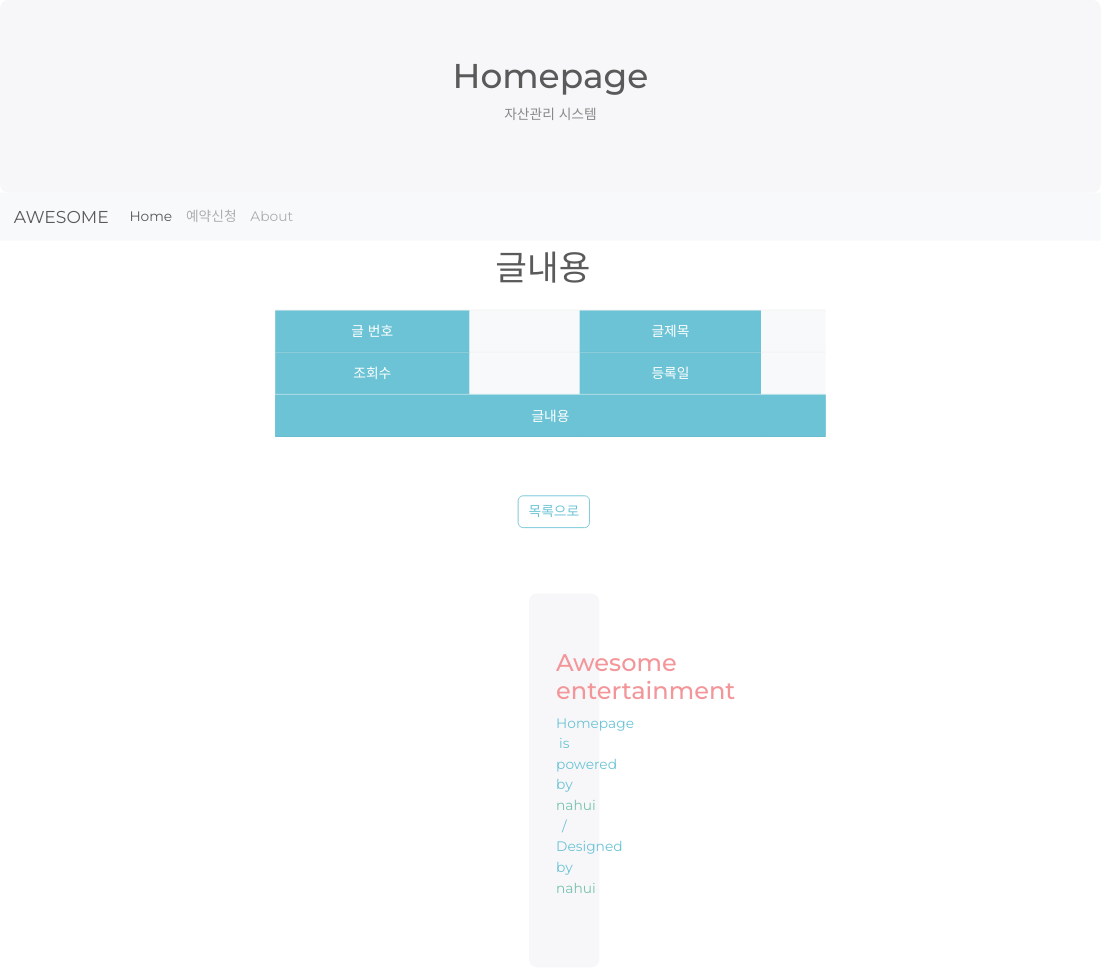
Repository: Nahui068/project1
Page: http://localhost/project1/WEB-INF/views/content.jsp
These files come from the project's save history. The page is drawn as it stood at one moment and after the next save; the edit follows.
The browser window is 1280 px wide. The pictures show the whole page, at 86% of full size.
The page is served by Tomcat 9. Nobody is signed in. Other server files are loaded and not shown. The template is opened directly, without the code that normally fills it, so the values that code supplies are empty.

Above is the page before, as saved 2021-01-07 02:46:37.

### project1/src/main/webapp/WEB-INF/views/content.jsp
<%@ page language="java" contentType="text/html; charset=UTF-8"
    pageEncoding="UTF-8"%>
<%@ taglib prefix="c" uri="http://java.sun.com/jsp/jstl/core" %>
<%@ taglib prefix="fmt" uri="http://java.sun.com/jsp/jstl/fmt" %>
<%@ include file="/WEB-INF/views/include/header.jsp" %>

<!DOCTYPE html>
<html>
<head>
<meta charset="UTF-8">
<title>게시글 내용</title>
</head>


<body>
	<h1 style="position:absolute; top:40%; left:45%;">글내용</h1>
	<table class="table table-hover" style="text-align:center; position:absolute; top:50%; left:25%; width:50%;">
		<tr>
			<td class="table-info">글 번호</td><td class="table-light" style="width:20%;">${content.num}</td>
			<td class="table-info">글제목</td><td class="table-light">${content.title}</td>
		</tr>
		<tr>
			<td class="table-info">조회수</td><td class="table-light">${content.readcount}</td>
			<td class="table-info">등록일</td>
			<fmt:formatDate var="dateTempParse" pattern="yyyy-MM-dd" value="${content.reg}"/>
			<td class="table-light"><c:out value="${dateTempParse}"></c:out></td>
		</tr>
		<tr class="table-info">
			<td colspan="4">글내용</td>
		</tr>
		<tr>
			<td colspan="4">${content.content}</td>
		</tr>
	</table>
	<button type="button" class="btn btn-outline-info" style="position:absolute; top:80%; left:47%;"onClick="location.href='/project1/board_select'">목록으로

	<%@ include file="/WEB-INF/views/include/footer.jsp" %>
</body>
</html>

### project1/src/main/webapp/WEB-INF/views/include/header.jsp
<%@ page language="java" contentType="text/html; charset=UTF-8"
    pageEncoding="UTF-8"%>
<%@ taglib prefix="c" uri="http://java.sun.com/jsp/jstl/core" %>

<!DOCTYPE html>
<html>
<head>
	<meta charset="UTF-8">
	<meta name="viewport" content="width=device-width, initial-scale=1">

	<!-- JS -->
	<script src="https://ajax.googleapis.com/ajax/libs/jquery/3.3.1/jquery.min.js"></script>
	<script src="https://cdnjs.cloudflare.com/ajax/libs/popper.js/1.14.3/umd/popper.min.js"></script>
	<script src="https://maxcdn.bootstrapcdn.com/bootstrap/4.1.3/js/bootstrap.min.js"></script>


</head>
<body>
	<div class="jumbotron text-center mb-0">
		<h1>Homepage</h1> <p>자산관리 시스템</p>
	</div>
	<nav class="navbar navbar-expand-lg navbar-light bg-light">
  <a class="navbar-brand" href="/project1/board_select">AWESOME</a>
  <button class="navbar-toggler" type="button" data-toggle="collapse" data-target="#navbarColor03" aria-controls="navbarColor03" aria-expanded="false" aria-label="Toggle navigation">
    <span class="navbar-toggler-icon"></span>
  </button>

  <div class="collapse navbar-collapse" id="navbarColor03">
    <ul class="navbar-nav mr-auto">
      <li class="nav-item active">
        <a class="nav-link" href="/project1/board_select">Home
          <span class="sr-only">(current)</span>
        </a>
      </li>
<!--       <li class="nav-item">
        <a class="nav-link" href="#">예약현황</a>
      </li> -->
      <li class="nav-item">
        <a class="nav-link" href="/project1/reservation">예약신청</a>
      </li>
      <li class="nav-item">
        <a class="nav-link" href="#">About</a>
      </li>
      <c:if test="${sessionScope.id == 'admin'}">
	     <li class="nav-item dropdown">
	        <a class="nav-link dropdown-toggle" data-toggle="dropdown" href=# role="button" aria-haspopup="true" aria-expanded="false">관리자</a>
	        <div class="dropdown-menu">
	          <a class="dropdown-item" href="/project1/admin_board">게시글 관리</a> <!-- 게시글 등록 및 목록(수정,삭제) -->
	          <a class="dropdown-item" href="#">직원관리</a> <!-- 회원 등록, 수정, 삭제 -->
	          <a class="dropdown-item" href="#">Something else here</a>
	          <div class="dropdown-divider"></div>
	          <a class="dropdown-item" href="#">Separated link</a>
	        </div>
	      </li>
      </c:if>
    </ul>
 <c:if test="${sessionScope.id !=null}">
    	 ${sessionScope.id}
    	 <input type="button" value="로그아웃" onclick="location.href='/project1/logout'">
    	 <c:if test="${sessionScope.id == 'admin' }">
    	 		<input type="button" value="글등록" onClick="location.href='/project1/board_form'">
    	 </c:if>
    </c:if>
 </div>

</nav>
</body>
</html>

### project1/src/main/webapp/WEB-INF/views/include/footer.jsp
<%@ page language="java" contentType="text/html; charset=UTF-8"
    pageEncoding="UTF-8"%>
<!DOCTYPE html>
<html>
<head>
<meta charset="UTF-8">
<link href="resources/css/bootstrap.min.css" rel="stylesheet" type="text/css">
<link href="resources/css/style-css.css" rel="stylesheet" type="text/css">
</head>
<body>
<!-- footer -->
<div id="footer" class="jumbotron text-center mt-5 mb-0" style="position:absolute;width:100%; top:180%;">
	<h3 class="text-secondary">Awesome entertainment</h3>
	<p>Homepage is powered by <span class="text-primary">nahui</span> / Designed by <span class="text-primary">nahui</span></p>
</div>

</body>
</html>

### project1/src/main/webapp/resources/css/style-css.css
@charset "UTF-8";

#stu_btn{
	margin-right:20px;
}

#meet_btn{
	margin-left:40px;
}

Loaded but not shown: project1/src/main/webapp/resources/css/bootstrap.min.css (library)

After the next save:
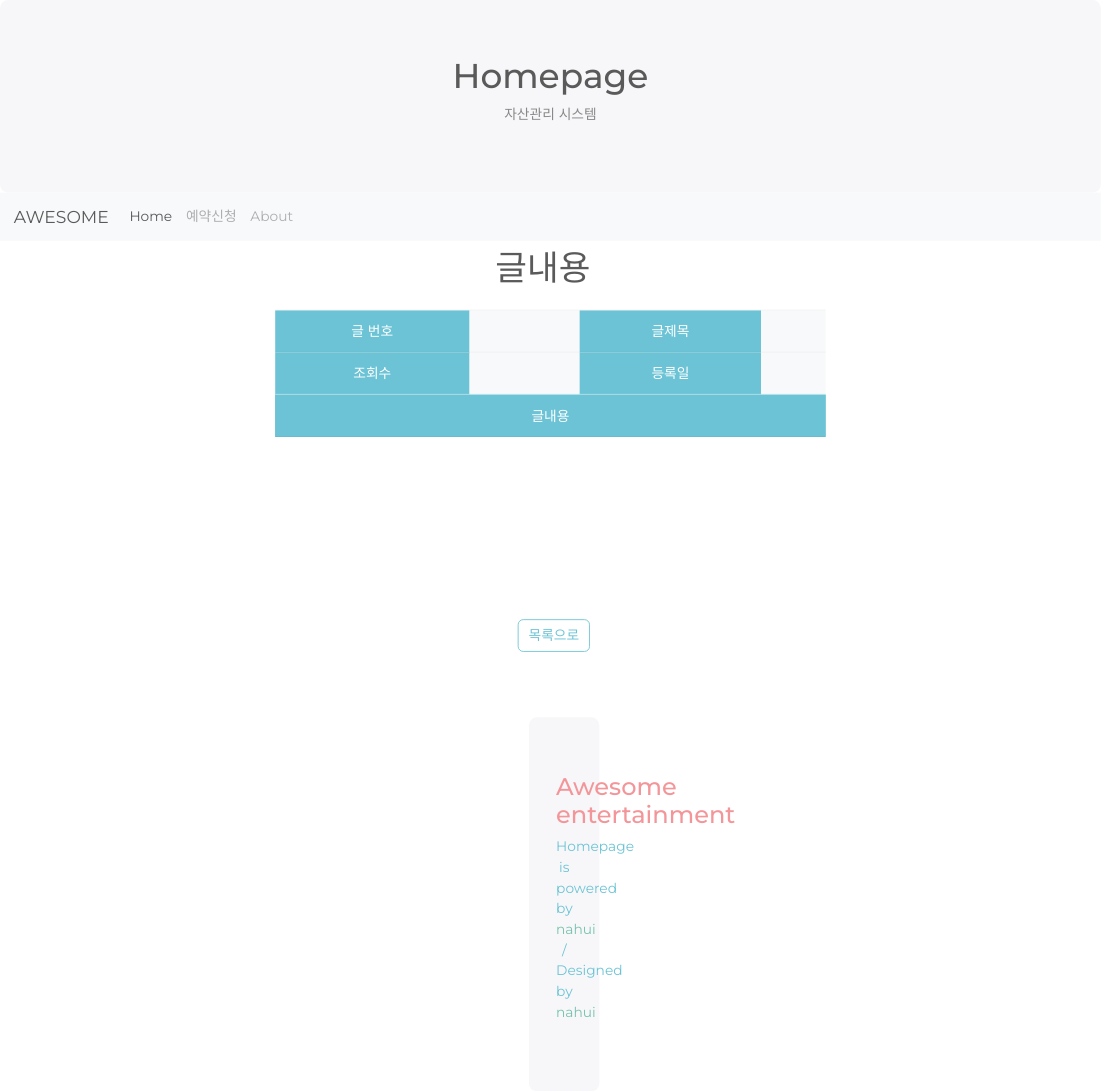
Saved 17 s later.
--- a/project1/src/main/webapp/WEB-INF/views/content.jsp
+++ b/project1/src/main/webapp/WEB-INF/views/content.jsp
@@ -32,7 +32,7 @@
 			<td colspan="4">${content.content}</td>
 		</tr>
 	</table>
-	<button type="button" class="btn btn-outline-info" style="position:absolute; top:80%; left:47%;"onClick="location.href='/project1/board_select'">목록으로
+	<button type="button" class="btn btn-outline-info" style="position:absolute; top:100%; left:47%;"onClick="location.href='/project1/board_select'">목록으로
 
 	<%@ include file="/WEB-INF/views/include/footer.jsp" %>
 </body>
